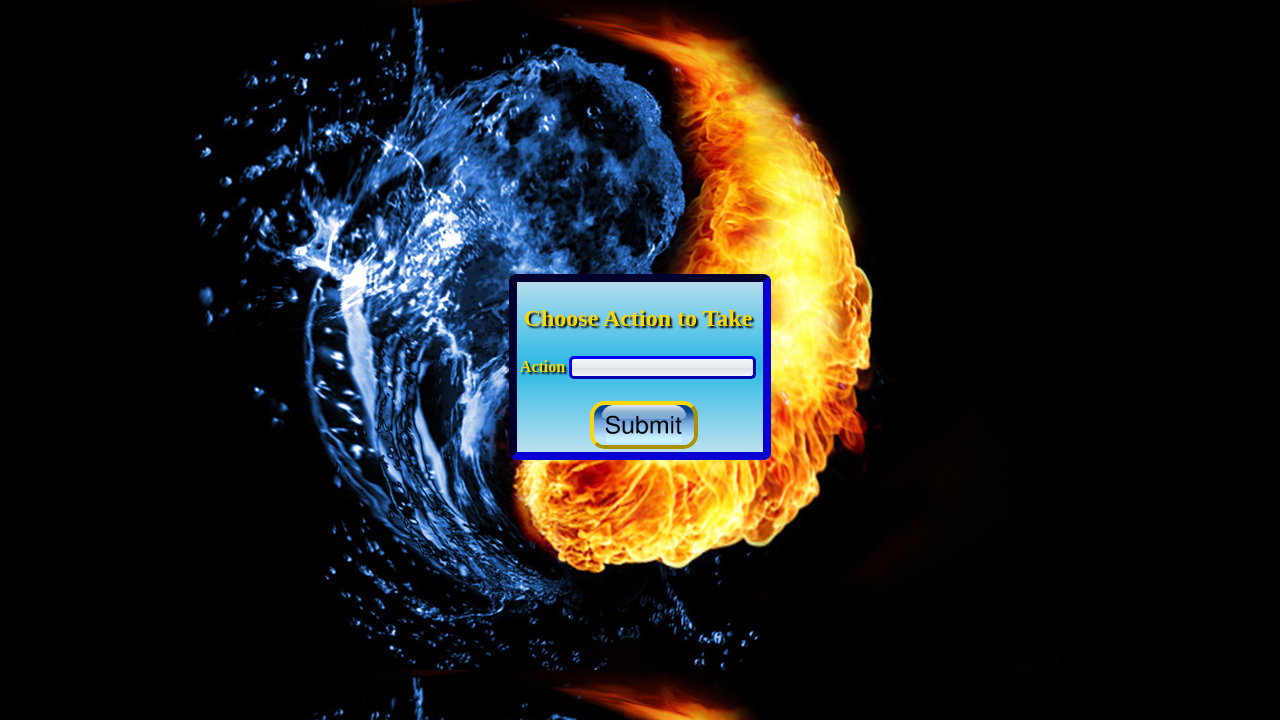
Repository: Albocoder/Event-handler
Page: loginBrain/WebContent/WEB-INF/adminPanel.html
The author's editor kept a copy of each file at every save. The page is drawn from the files as they stood at one save, then again after the next save.
The browser window is 1280 px wide. The pictures show the whole page.

Above is the page before, as saved 2015-08-10 20:46:00.

After the next save:
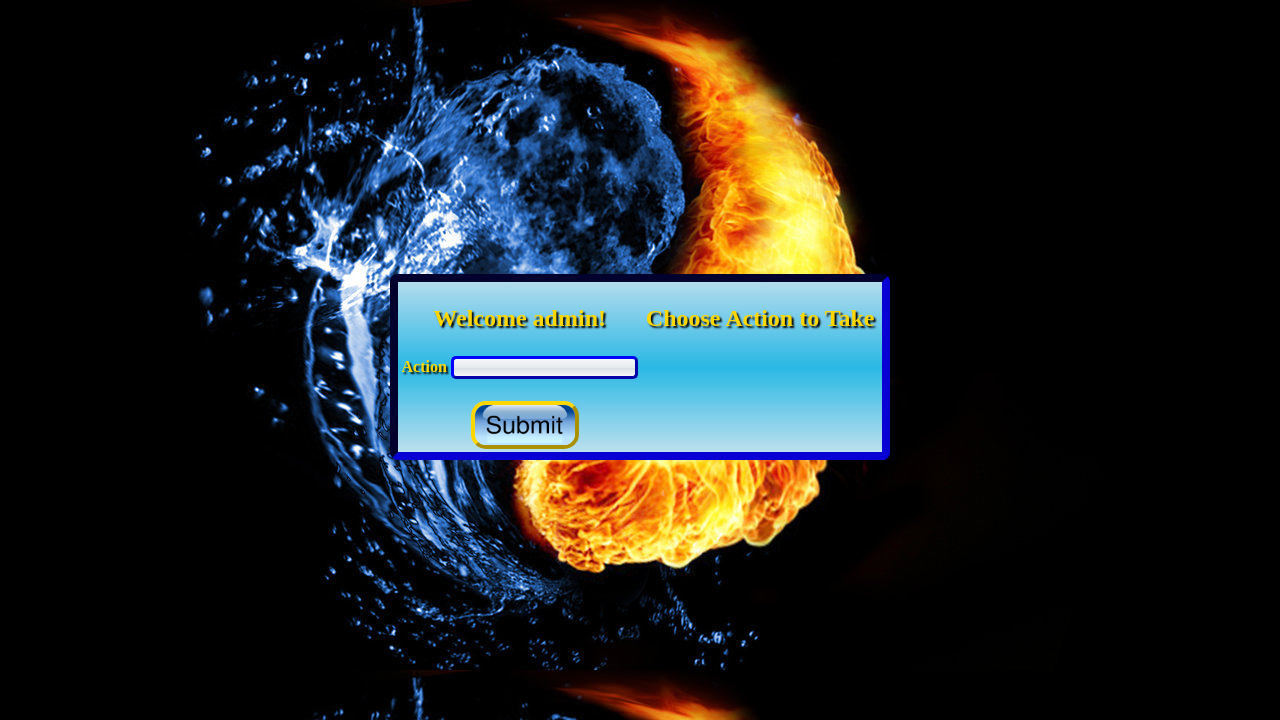
Saved 116 s later.
--- a/loginBrain/WebContent/WEB-INF/adminPanel.html
+++ b/loginBrain/WebContent/WEB-INF/adminPanel.html
@@ -55,6 +55,7 @@ input{
 <br>
 <br>
 <form method="POST" action="AdminPanel">
+<th colspan="2"><h2>Welcome admin!</2><th>
 <th colspan="2"><h2>Choose Action to Take</2><th>
 <tr><td>Action</td><td>
 <input list="actions" name="action">
